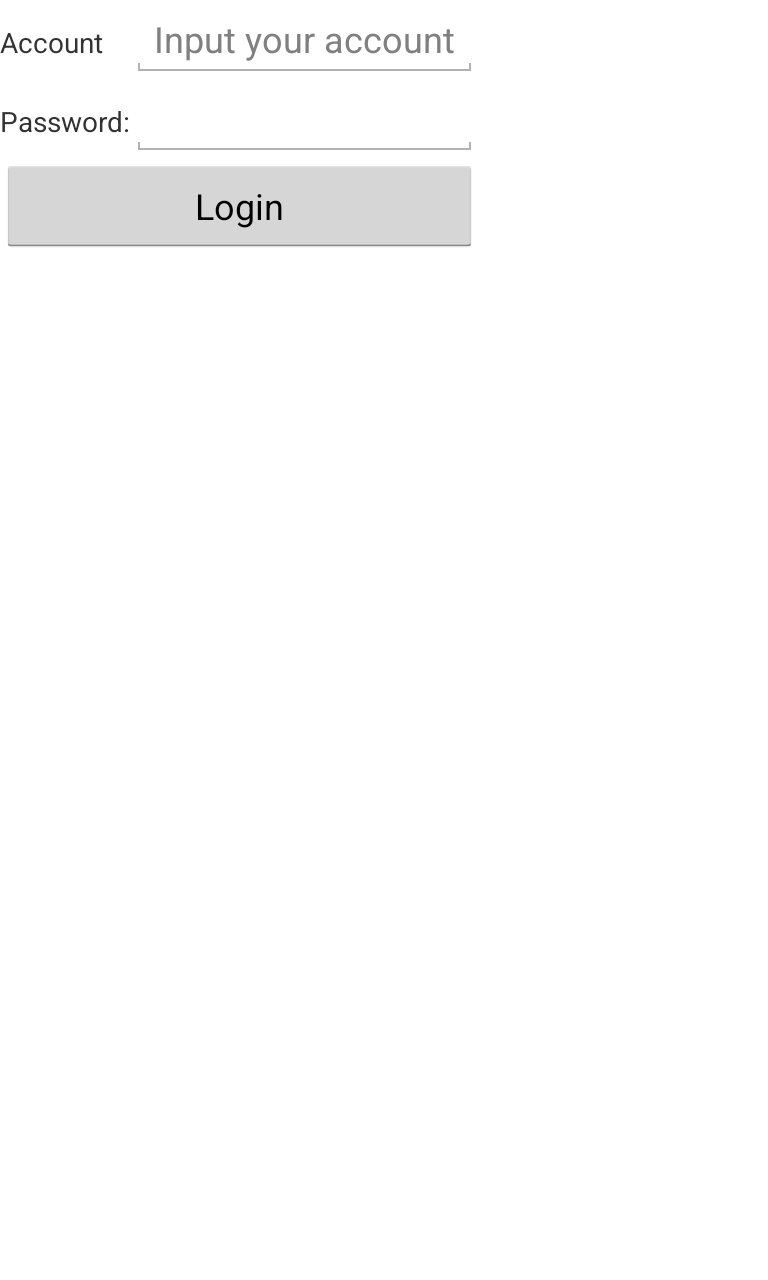
Repository: Wang-Xuan/Hello-World
Layout: UILayoutTest/res/layout/activity_main.xml
An editor plug-in stored every save of this project. The layout is shown before and after the next save, followed by the edit.
It is drawn on a 768 x 1280 px phone screen (xhdpi) without system bars, with theme AppTheme; the app's code is not run.

Above is the layout before, as saved 2014-12-07 07:39:22.

After the next save:
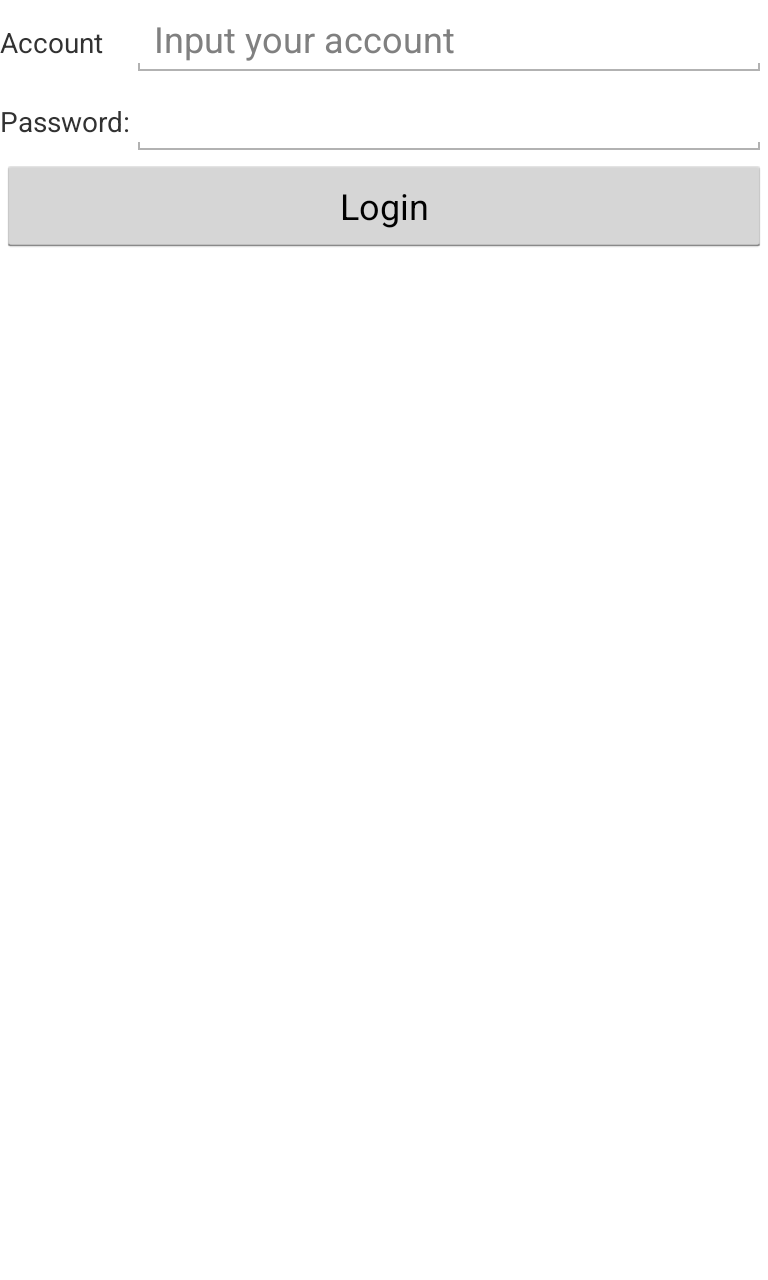
Saved 14 s later.
--- a/UILayoutTest/res/layout/activity_main.xml
+++ b/UILayoutTest/res/layout/activity_main.xml
@@ -1,7 +1,7 @@
 <TableLayout xmlns:android="http://schemas.android.com/apk/res/android"
     android:layout_width="match_parent"
     android:layout_height="match_parent"
-    android:stretchColumns="2" >
+    android:stretchColumns="1" >
 
 	<TableRow>
 
